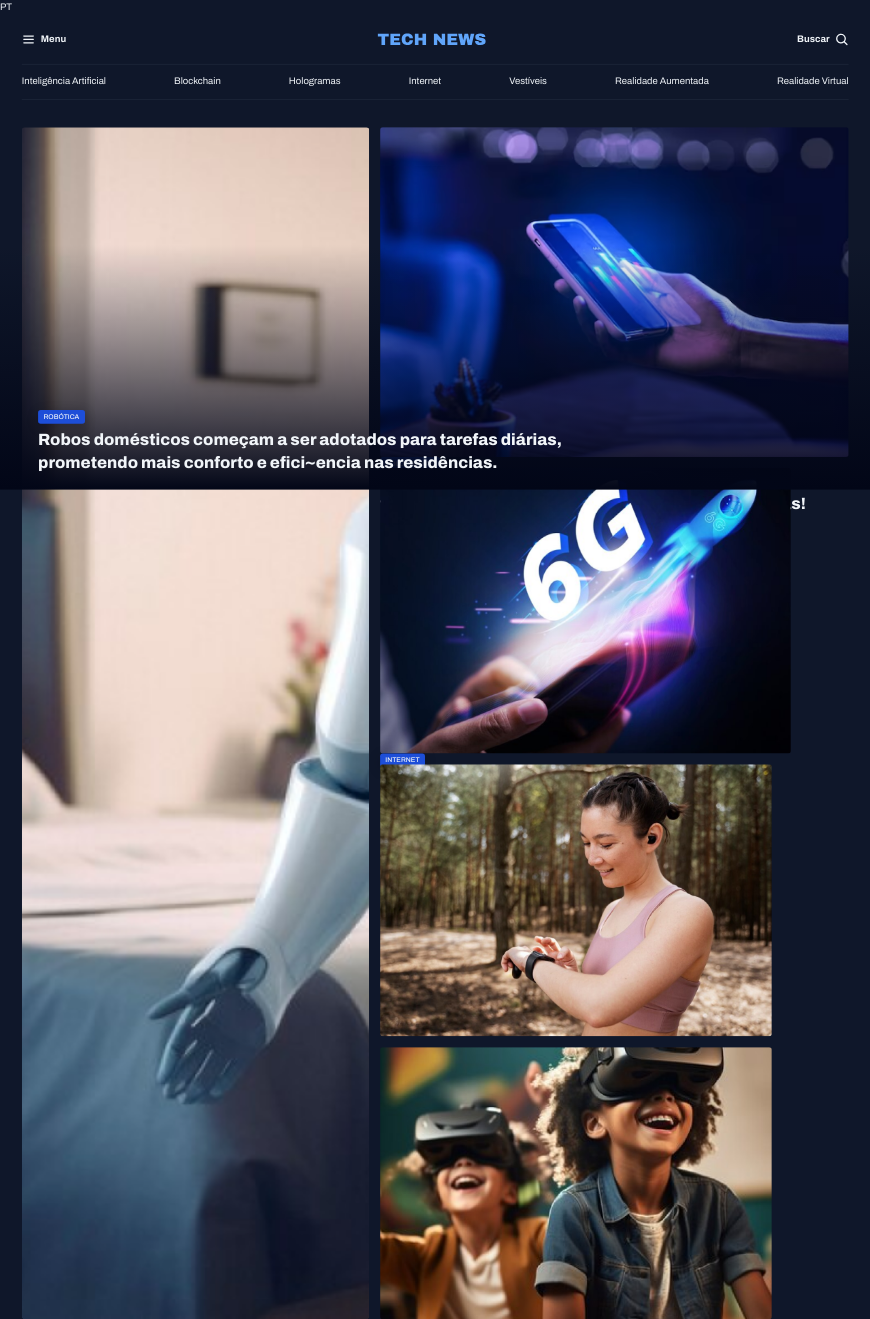
Repository: JeffRodFer/portalDeNoticias
Page: index.html
These files come from the project's save history. The page is drawn as it stood at one moment and after the next save; the edit follows.
The browser window is 1280 px wide. The pictures show the whole page, at 68% of full size.

Above is the page before, as saved 2025-04-15 21:56:08.

After the next save:
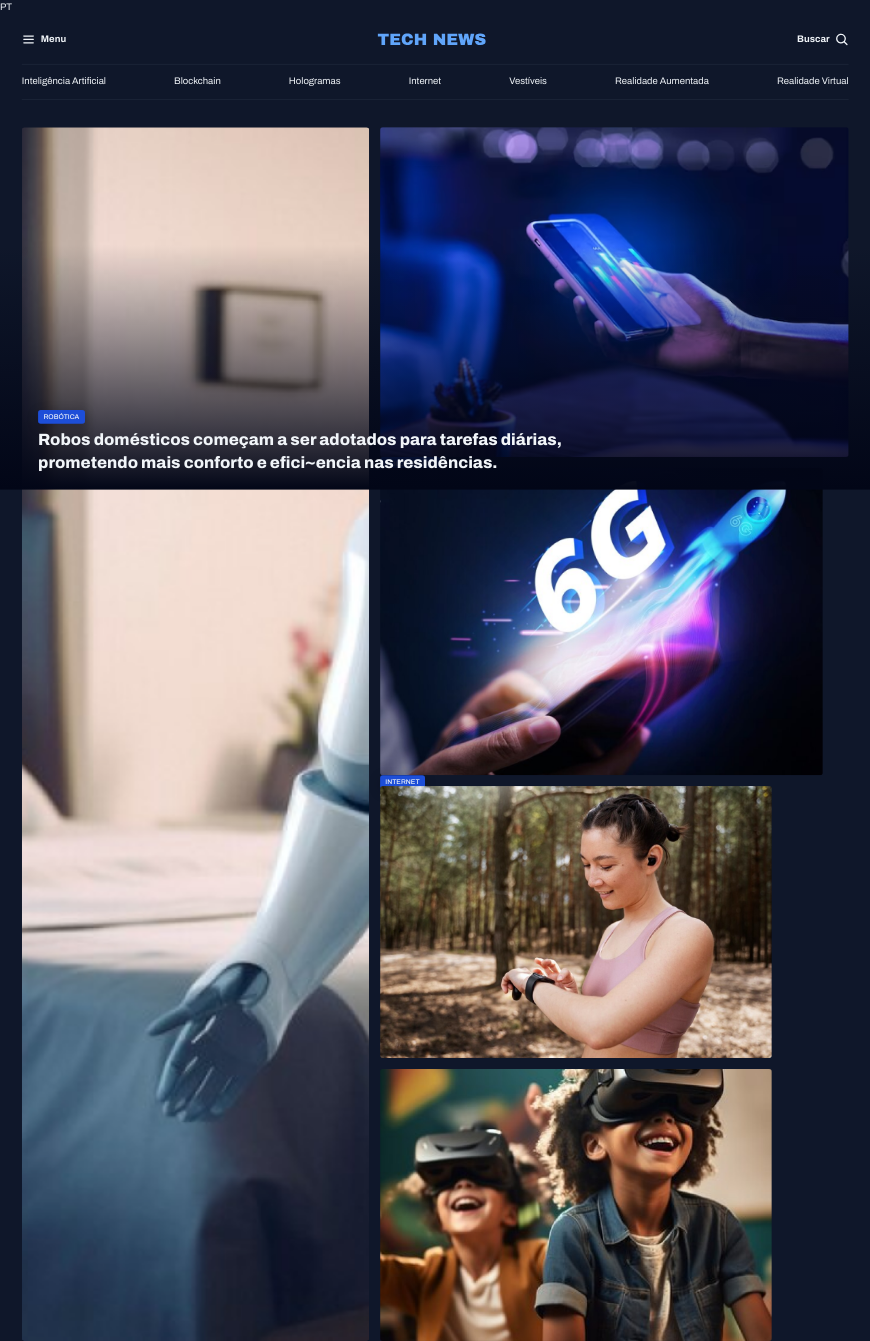
Saved 9 s later.
--- a/index.html
+++ b/index.html
@@ -65,7 +65,7 @@ PT<!DOCTYPE html>
           <figcaption>
             <span class="content-tag">Internet</span>
             <h2 class="text-2xl">
-
+            Tecnologia 3D c
             </h2>
           </figcaption>
       </figure>
